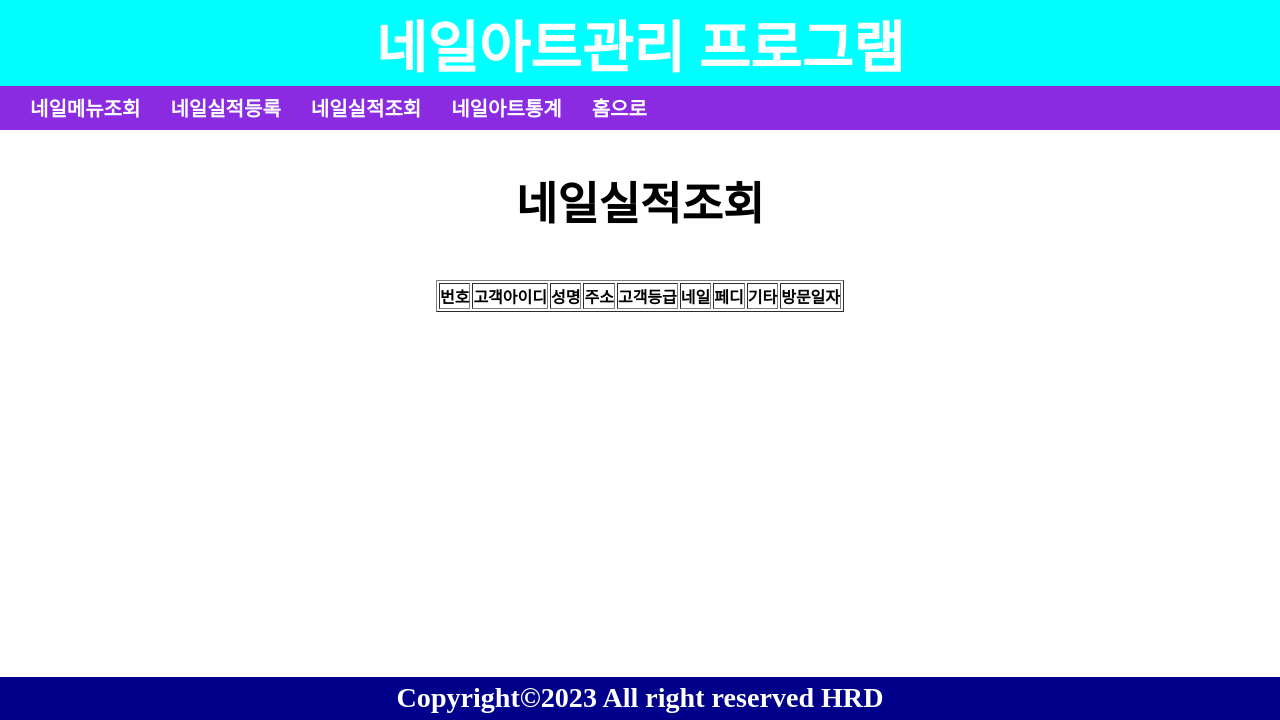
Repository: balhyo-younjisang/DigitechJSP
Page: http://localhost/NailArt/data.jsp
These files come from the project's save history. The page is drawn as it stood at one moment and after the next save; the edit follows.
The browser window is 1280 px wide. The pictures show the whole page.
The page is served by Tomcat 9. Queries for data that is not in the repository find no rows.

Above is the page before, as saved 2025-04-14 09:19:51.

### pizza0403/NailArt/src/main/webapp/data.jsp
<%@page import="java.sql.ResultSet"%>
<%@page import="java.sql.PreparedStatement"%>
<%@page import="nailart.DBConnection"%>
<%@page import="java.sql.Connection"%>
<%@ page language="java" contentType="text/html; charset=UTF-8"
    pageEncoding="UTF-8"%>
<%
	Connection conn = DBConnection.getConnection();
	String sql = "select menucode, menuname, case when menutype = 'N' then '네일' when menutype = 'P' then '패디' when menutype = 'E' then '기타' end menutype, TRIM(TO_CHAR(price, 'L999,999,999')) price from tbl_menu";
	PreparedStatement pstmt = conn.prepareStatement(sql);
	ResultSet rs = pstmt.executeQuery();
%>
<!DOCTYPE html>
<html>
<head>
<meta charset="UTF-8">
<title>네일아트 관리 프로그램</title>
<link rel="stylesheet" href="./css/style.css">
</head>
<body>
	<%@ include file="./component/header.jsp" %>
	<main>
		<section class="title">
			<h2 style="text-align: center">네일실적조회</h2>
		</section>
		<section class="content">
			<form>
				<table border="1">
					<tr>
						<th>번호</th>
						<th>고객아이디</th>
						<th>성명</th>
						<th>주소</th>
						<th>고객등급</th>
						<th>네일</th>
						<th>페디</th>
						<th>기타</th>
						<th>방문일자</th>
					</tr>
					<%
						while(rs.next()) {
					%>
					<tr>
						<td><%=rs.getString("menucode") %></td>
						<td><%=rs.getString("menuname") %></td>
						<td><%=rs.getString("menutype") %></td>
						<td><%=rs.getString("price") %></td>
					</tr>
					<%
					}
					%>
				</table>
			</form>
		</section>
	</main>
	<%@ include file="./component/footer.jsp" %>
</body>
<%
	DBConnection.close(rs, pstmt, conn);
%>
</html>

### pizza0403/NailArt/src/main/webapp/component/header.jsp
<%@ page language="java" contentType="text/html; charset=UTF-8"
    pageEncoding="UTF-8"%>
<header>
	<div>
		<h1>네일아트관리 프로그램</h1>
	</div>
	<nav>
		<ul class="gnb">
			<li><a href="menu.jsp">네일메뉴조회</a></li>
			<li><a href="register.jsp">네일실적등록</a></li>
			<li><a href="price.jsp">네일실적조회</a></li>
			<li><a href="data.jsp">네일아트통계</a></li>
			<li><a href="index.jsp">홈으로</a></li>
		</ul>
	</nav>
</header>

### pizza0403/NailArt/src/main/webapp/component/footer.jsp
<%@ page language="java" contentType="text/html; charset=UTF-8"
    pageEncoding="UTF-8"%>
<footer>
	<h3>Copyright&copy;2023 All right reserved HRD</h3>
</footer>

### pizza0403/NailArt/src/main/java/nailart/DBConnection.java
package nailart;

import java.sql.Connection;
import java.sql.DriverManager;
import java.sql.PreparedStatement;
import java.sql.ResultSet;

public class DBConnection {
	public static Connection getConnection() {
		Connection conn = null;

		try {
			Class.forName("oracle.jdbc.OracleDriver");
			conn = DriverManager.getConnection("jdbc:oracle:thin:@localhost:1521:xe", "system", "1234");
		} catch (Exception e) {
			e.printStackTrace();
			System.out.println("DB Connection Failed :: " + e.getLocalizedMessage());
		}

		return conn;
	}

	public static void close(ResultSet rs, PreparedStatement pstmt, Connection conn) {
		try {
			if(rs != null) rs.close();
			if(pstmt != null) pstmt.close();
			if(conn != null) conn.close();
		} catch (Exception e) {
			e.printStackTrace();
			System.out.println("DB Connection close Failed :: " + e.getLocalizedMessage());
		}
	}

	public static void close(PreparedStatement pstmt, Connection conn) {
		try {
			if(pstmt != null) pstmt.close();
			if(conn != null) conn.close();
		} catch (Exception e) {
			e.printStackTrace();
			System.out.println("DB Connection close Failed :: " + e.getLocalizedMessage());
		}
	}
}

### pizza0403/NailArt/src/main/webapp/css/style.css
@charset "UTF-8";

* {
	margin: 0;
	padding: 0;
	box-sizing: border-box;
}

a {
	text-decoration: none;
	color: inherit;
}

ul, li {
	list-style: none;
}

header {
	width: 100vw;
	height: 18vh;
}

header div {
	width: 100%;
	height: 12vh;
	display: flex;
	align-items: center;
	justify-content: center;
	font-size: 28px;
	font-weight: bold;
	color: white;
	background-color: aqua;
}

header .gnb {
	display: flex;
	height: 6vh;
	width: 100vw;
	padding-left: 30px;
	gap: 30px;
	align-items: center;
	font-size: 20px;
	background-color: blueviolet;
	font-weight: bold;
	color: white;
}

footer {
	position: fixed;
	bottom: 0;
	left: 0;
	width: 100vw;
	height: 6vh;
	background-color: darkblue;
	color: white;
	display: flex;
	align-items: center;
	justify-content: center;
	font-size: 24px;
}

main .title {
	line-height: 150px;
	font-size: 30px;
}

main .content p {
	line-height: 30px;
}

main .content {
	width: 100vw;
	display: flex;
	align-items: center;
	justify-content: center;
}

main table td {
	padding: 5px 15px;
}

After the next save:
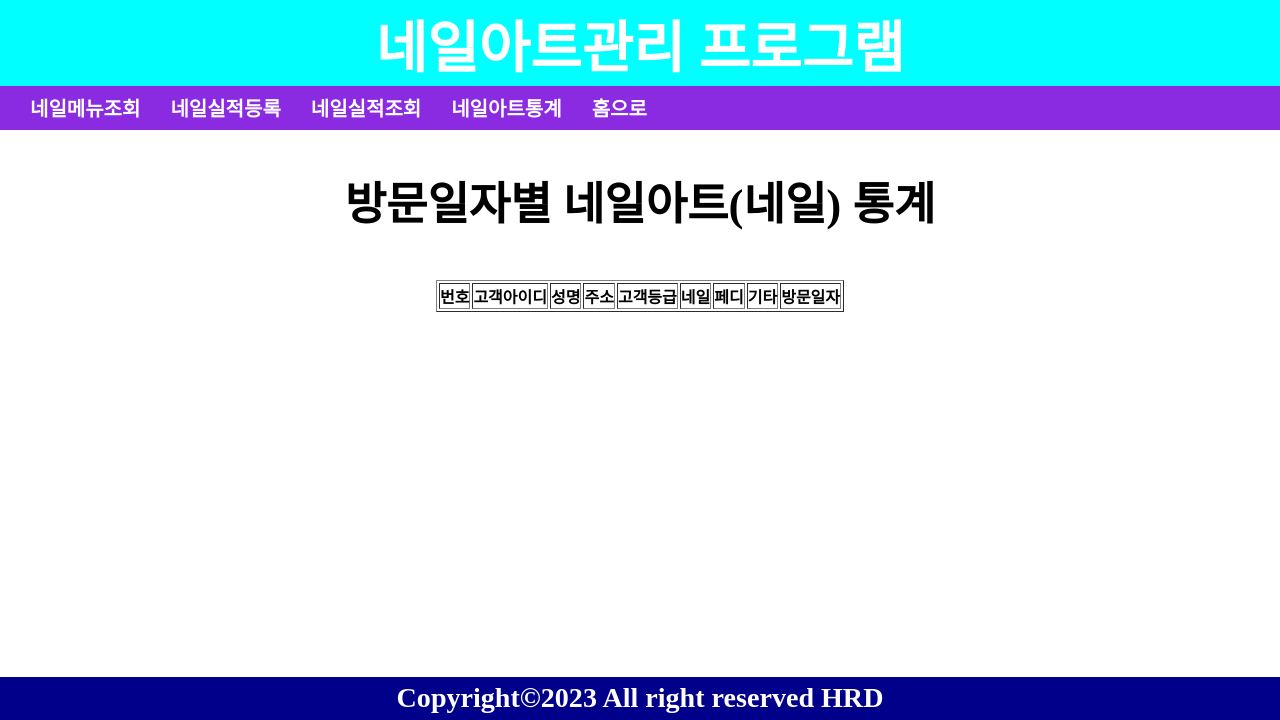
Saved 74 s later.
--- a/pizza0403/NailArt/src/main/webapp/data.jsp
+++ b/pizza0403/NailArt/src/main/webapp/data.jsp
@@ -21,7 +21,7 @@
 	<%@ include file="./component/header.jsp" %>
 	<main>
 		<section class="title">
-			<h2 style="text-align: center">네일실적조회</h2>
+			<h2 style="text-align: center">방문일자별 네일아트(네일) 통계</h2>
 		</section>
 		<section class="content">
 			<form>
